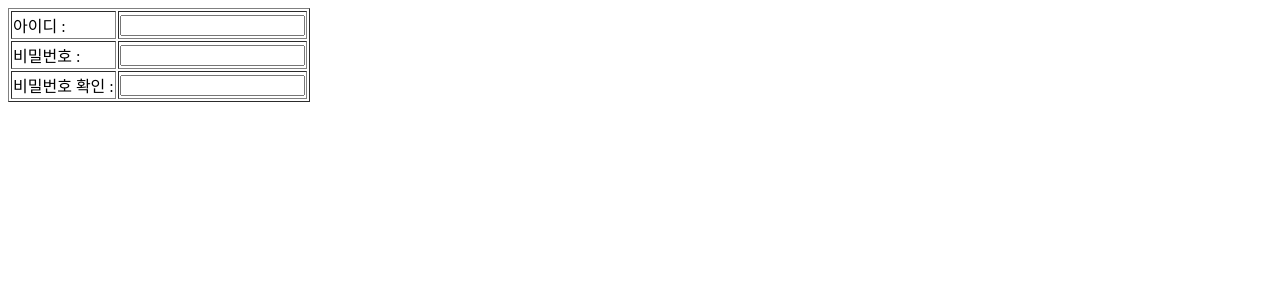
Repository: KOOBONMOO/koo
Page: http://localhost/portfolio/NewFile.jsp
These files come from the project's save history. The page is drawn as it stood at one moment and after the next save; the edit follows.
The browser window is 1280 px wide. The pictures show the whole page.
The page is served by Tomcat 9.

Above is the page before, as saved 2020-11-16 01:49:21.

After the next save:
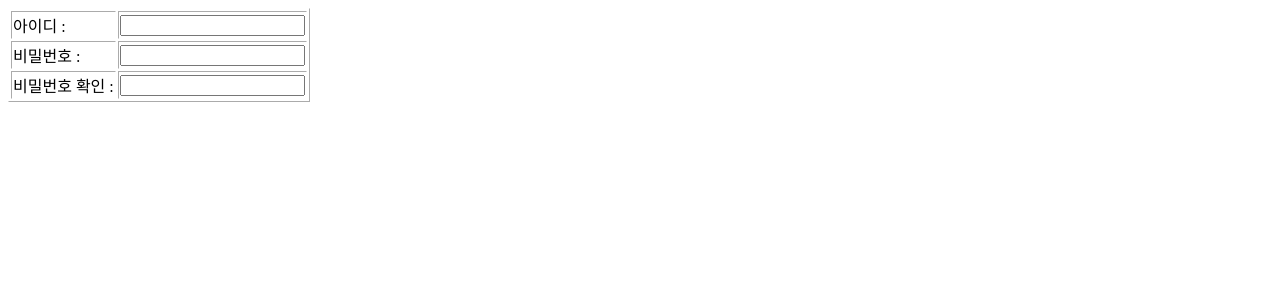
Saved 52 s later.
--- a/portfolio/WebContent/NewFile.jsp
+++ b/portfolio/WebContent/NewFile.jsp
@@ -11,6 +11,9 @@
 <meta name="viewport" content="width=device-width, initial-scale=1.0">
 <title>Insert title here</title>
 <style type="text/css">
+table {
+border-color: white;
+}
 </style>
 </head>
 <body>
